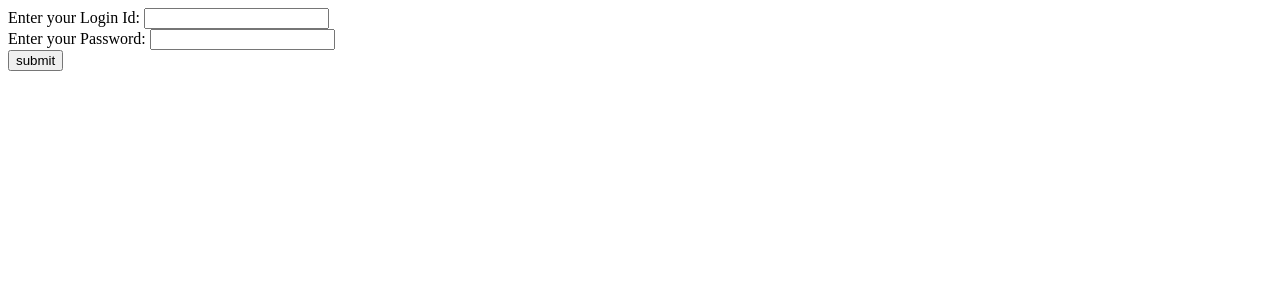
Repository: LAKSHMINAVYATADIKAMALLA/training
Page: WebProjects/WebContent/index1.html
An editor plug-in stored every save of this project. The page is shown before and after the next save, followed by the edit.
The browser window is 1280 px wide. The pictures show the whole page.

Above is the page before, as saved 2020-02-07 04:57:13.

After the next save:
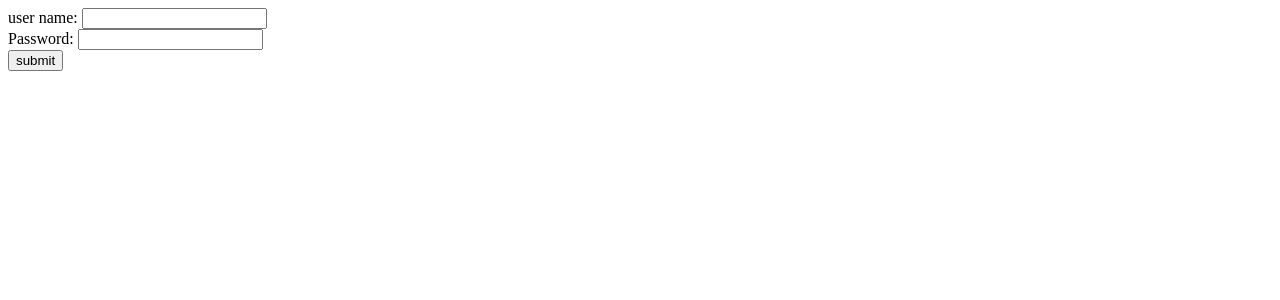
Saved 2 min 0 s later.
--- a/WebProjects/WebContent/index1.html
+++ b/WebProjects/WebContent/index1.html
@@ -6,8 +6,8 @@
 </head>
 <body>
 <form action="http://Localhost:8004/WebProjects/MyServlet1">
-Enter your Login Id: <input type="text" name="login" /> <br>
-Enter your Password: <input type="password" name="passwd" /> <br>
+user name: <input type="text" name="login" /> <br>
+Password: <input type="password" name="passwd" /> <br>
 <input type="submit" value="submit" />
 </form>
 
